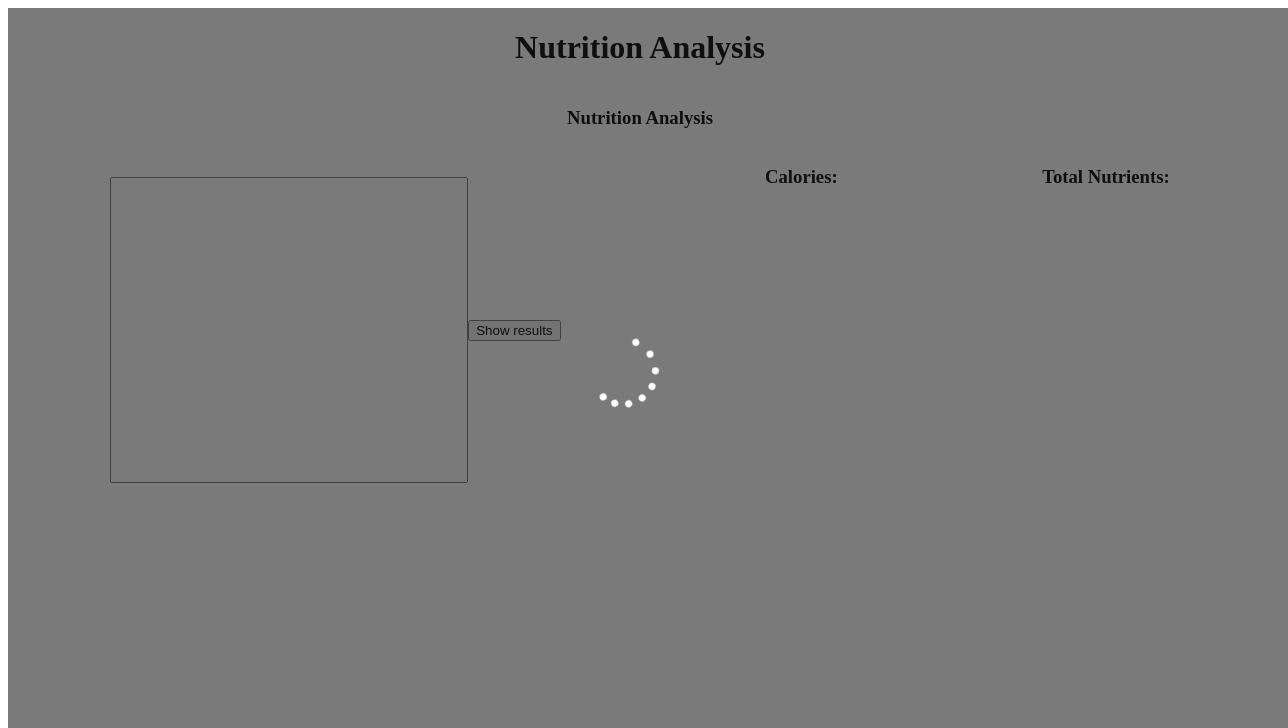
Repository: asya-aisa/nutrition-app
Page: /
An editor plug-in stored every save of this project. The page is shown before and after the next save, followed by the edit.
The browser window is 1280 px wide. The page is 1288 px wide, so the pictures cover 1288 px, including what lies to the right of the window. The pictures show the whole page.
The page's requests for data from a server got no answer. The project was rebuilt for these pictures with package versions that can differ from the ones it lists, and the page was loaded fresh each time. No one was signed in, and anything a server would have sent is missing. Also part of the build but not shown: src/MyComponent.js.

Above is the page before, as saved 2023-09-25 20:46:36.

### src/App.js

import { useEffect, useState } from 'react';
import './App.css';
import MyComponent from './MyComponent';
import LoaderPage from './Loader/LoaderPage';

function App() {

  const [userText, setUserText] = useState({
    ingr: ["1 apple", "2 banana"]
  })

  const [bodyText, setBodyText] = useState({ingr: ["1 apple", "2 banana"]})
  const [nutrientsArray, setNutrientsArray] = useState([])
  const [caloriesState, setCaloriesState] = useState('')

  const [stateLoader, setStateLoader] = useState(false)

  useEffect(() => {
    const getNutrients = async () => {
      setStateLoader(true)

      const response = await fetch('https://api.edamam.com/api/nutrition-details?app_id=bce19124&app_key=%20d13039e09e0cad1255cc69b09c620945%09', {
        method: 'POST',
        headers: {
          'Content-Type': 'application/json;charset=utf-8'
        },
        body: JSON.stringify(bodyText)
      })
      const data = await response.json()
      setCaloriesState(data.calories)

      let nutrients = data.totalNutrients

      if(nutrients === undefined || nutrients === null) {
        alert('error')
        setStateLoader(false)
      }
      else{setNutrientsArray(Object.values(data.totalNutrients))
        setStateLoader(false)
      }
    }
    getNutrients()
  }, [bodyText])

  const handleInput = (e) => {
    setUserText({ingr: e.target.value.split(',')})
  }

  const changeBody = (e) => {
    e.preventDefault()
    setBodyText(userText)
  }

  return (<div>
{stateLoader && <LoaderPage />}
        <div className='cont'>
          <h1>Nutrition Analysis</h1>
        </div>

        <div className='cont'>
          <h3>Nutrition Analysis</h3>
        </div>
      <div className="App">
      <form>
        <input type='text' onChange={handleInput} />
        <button onClick={changeBody}>Show results</button>
      </form>
      <h3>Calories: {caloriesState}</h3>

      <div>
        <h3>Total Nutrients:</h3>
        {nutrientsArray.map((elem, index) => (
        <MyComponent
        key={index}
        label={elem.label}
        quantity={elem.quantity.toFixed()}
        unit={elem.unit}/>

        ))}

      </div>

    </div>
    </div>);
}

export default App;

### src/App.css
.App {
  display: flex;
  justify-content: space-around;
}
ul, li {
  list-style: none;
  margin: 3px;
  padding: 0px;
}
input {
  margin-top: 30px;
  width: 350px;
  height: 300px;
}
.cont {
  display: flex;
  justify-content: center;
}

### src/Loader/LoaderPage.js
import './style.css';
import Loader from "./Loader"

const LoaderPage = () => {
    return(<div className="container_loader">
        <Loader />
    </div>)
}
export default LoaderPage;

### src/Loader/style.css
.container_loader {
    position: absolute;
    width: 100%;
    height: 100%;
    background-color: #1a1a1a94;
    }

    .lds-roller {
    position: absolute;
    top: 45%;
    left: 45%;
    }

    .lds-roller div {
    animation: lds-roller 1.2s cubic-bezier(0.5, 0, 0.5, 1) infinite;
    transform-origin: 40px 40px;
    }

    .lds-roller div:after {
    content: " ";
    display: block;
    position: absolute;
    width: 7px;
    height: 7px;
    border-radius: 50%;
    background: #fff;
    margin: -4px 0 0 -4px;
    z-index: 2;
    }

    .lds-roller div:nth-child(1) {
    animation-delay: -0.036s;
    }

    .lds-roller div:nth-child(1):after {
    top: 63px;
    left: 63px;
    }

    .lds-roller div:nth-child(2) {
    animation-delay: -0.072s;
    }

    .lds-roller div:nth-child(2):after {
    top: 68px;
    left: 56px;
    }

    .lds-roller div:nth-child(3) {
    animation-delay: -0.108s;
    }

    .lds-roller div:nth-child(3):after {
    top: 71px;
    left: 48px;
    }

    .lds-roller div:nth-child(4) {
    animation-delay: -0.144s;
    }

    .lds-roller div:nth-child(4):after {
    top: 72px;
    left: 40px;
    }

    .lds-roller div:nth-child(5) {
    animation-delay: -0.18s;
    }

    .lds-roller div:nth-child(5):after {
    top: 71px;
    left: 32px;
    }

    .lds-roller div:nth-child(6) {
    animation-delay: -0.216s;
    }

    .lds-roller div:nth-child(6):after {
    top: 68px;
    left: 24px;
    }

    .lds-roller div:nth-child(7) {
    animation-delay: -0.252s;
    }

    .lds-roller div:nth-child(7):after {
    top: 63px;
    left: 17px;
    }

    .lds-roller div:nth-child(8) {
    animation-delay: -0.288s;
    }

    .lds-roller div:nth-child(8):after {
    top: 56px;
    left: 12px;
    }

    @keyframes lds-roller {
    0% {
    transform: rotate(0deg);
    }

    100% {
    transform: rotate(360deg);
    }
    }

### src/Loader/Loader.js
import './style.css';
const Loader = () => {
    return(<div className="lds-roller">
        <div></div>
        <div></div>
        <div></div>
        <div></div>
        <div></div>
        <div></div>
        <div></div>
        <div></div>
    </div>)
}

export default Loader;

Loaded but not shown: public/index.html (common file); src/index.js (common file); src/reportWebVitals.js (common file)

After the next save:
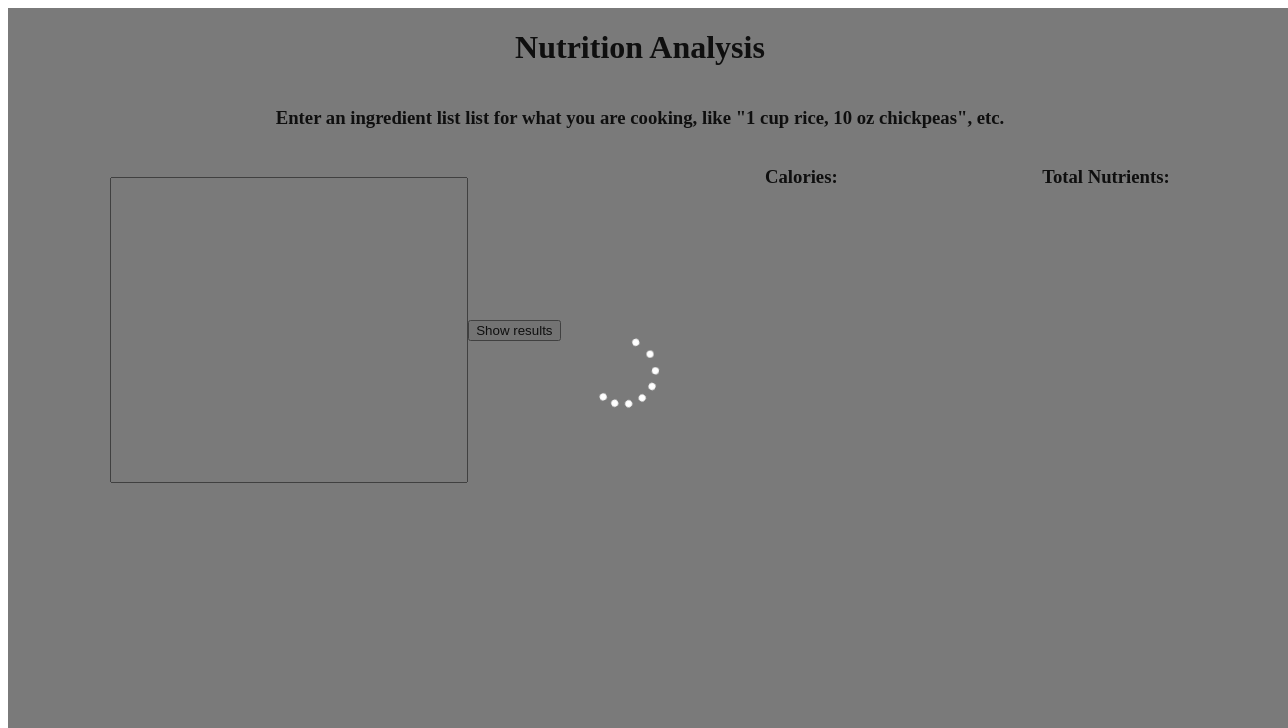
Saved 14 s later.
--- a/src/App.js
+++ b/src/App.js
@@ -59,7 +59,7 @@ function App() {
         </div>
 
         <div className='cont'>
-          <h3>Nutrition Analysis</h3>
+          <h3>Enter an ingredient list list for what you are cooking, like "1 cup rice, 10 oz chickpeas", etc.</h3>
         </div>
       <div className="App">
       <form>
